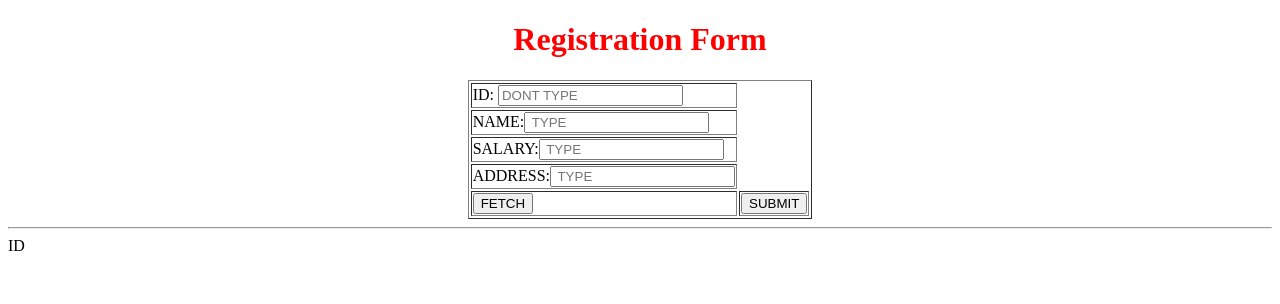
Repository: Amanbadshah/Java-project-
Page: http://localhost/CRUD-SERVLET/
The author's editor kept a copy of each file at every save. The page is drawn from the files as they stood at one save, then again after the next save.
The browser window is 1280 px wide. The pictures show the whole page.
The page is served by Tomcat 9. Other server files are loaded and not shown.

Above is the page before, as saved 2022-06-02 11:21:02.

### CRUD-SERVLET/src/main/webapp/index.jsp
<%@ page language="java" contentType="text/html; charset=ISO-8859-1"
    pageEncoding="ISO-8859-1"%>
<!DOCTYPE html>
<html>
<head>
<meta charset="ISO-8859-1">
<title>Insert title here</title>
</head>
<body>
<h1 style="color:red;" align="center">Registration Form</h1>
<form action="EmployeeController" method="post">
<table align="center" border="1">
<tr>
<td>   ID:   <input type="text" name="eid" readonly="readonly" placeholder="DONT TYPE ">
</td>
</tr>
<tr>
<td> NAME:<input type="text" name="name"  placeholder=" TYPE " required="required">
</td>
</tr>
<tr>
<td> SALARY:<input type="number" name="salary"  placeholder=" TYPE " required="required">
</td>
</tr>
<tr>
<td> ADDRESS:<input type="text" name="address"  placeholder=" TYPE "required="required">
</td>
</tr>

<td><button type="button" >FETCH</button></td>



<td  align="center" >
						<button type="submit">SUBMIT</button>
						</td>


</table>

<hr>
<tablealign ="center">
<tr><th >ID</th></tr>

</table>



</form>

</body>
</html>

After the next save:
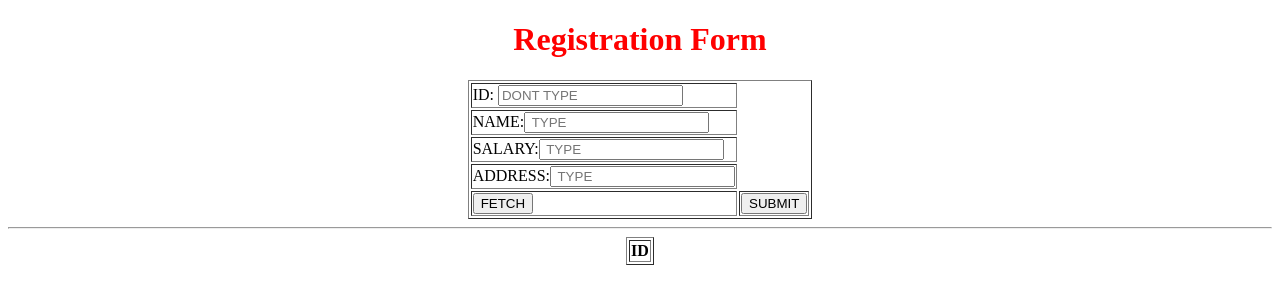
Saved 23 s later.
--- a/CRUD-SERVLET/src/main/webapp/index.jsp
+++ b/CRUD-SERVLET/src/main/webapp/index.jsp
@@ -39,7 +39,7 @@
 </table>
 
 <hr>
-<tablealign ="center">
+<table align ="center" border=="1">
 <tr><th >ID</th></tr>
 
 </table>
